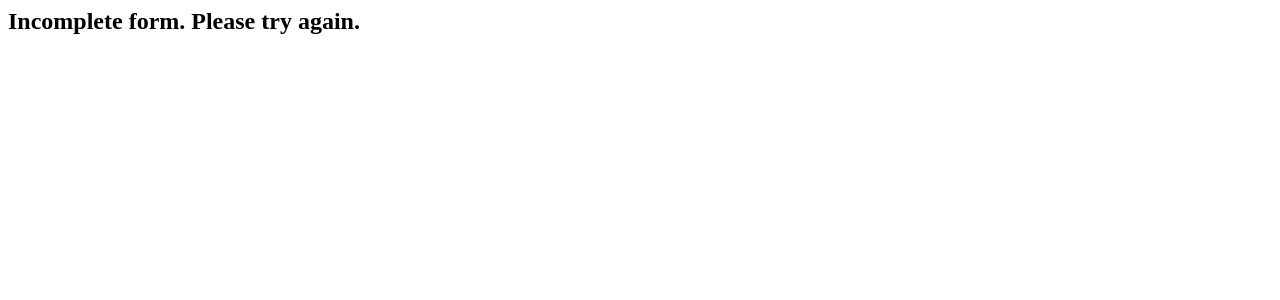
Repository: GaithCattan/COSW30
Page: http://localhost/labwork/lab2/process_contact.php
The author's editor kept a record of every edit. The page is drawn from the files as they stood at one moment, then again after the next edit.
The browser window is 1280 px wide. The pictures show the whole page.
The page is run by PHP 8.4 with error messages shown; the project is at /var/www/html/.

Above is the page before.

After the next edit:
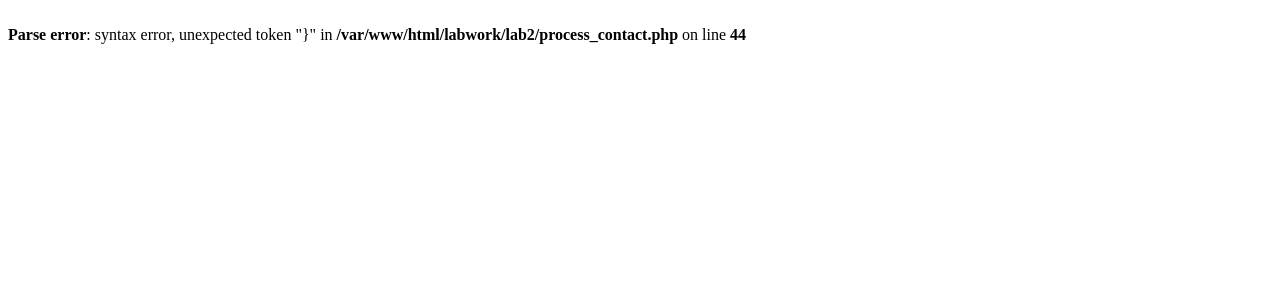
The edit:
--- a/labwork/lab2/process_contact.php
+++ b/labwork/lab2/process_contact.php
@@ -36,8 +36,20 @@
 
 
     if(isset($_POST['$mailing_list']) &&
+       $_POST['$mailing_list'] == 'Yes')
+{
 
-   $_POST['formWheelchair'] == 'Yes')
+    echo "Need wheelchair access.";
+7
+}
+8
+else
+9
+{
+10
+    echo "Do not Need wheelchair access.";
+11
+}
 
 
     echo $mailing_list;
